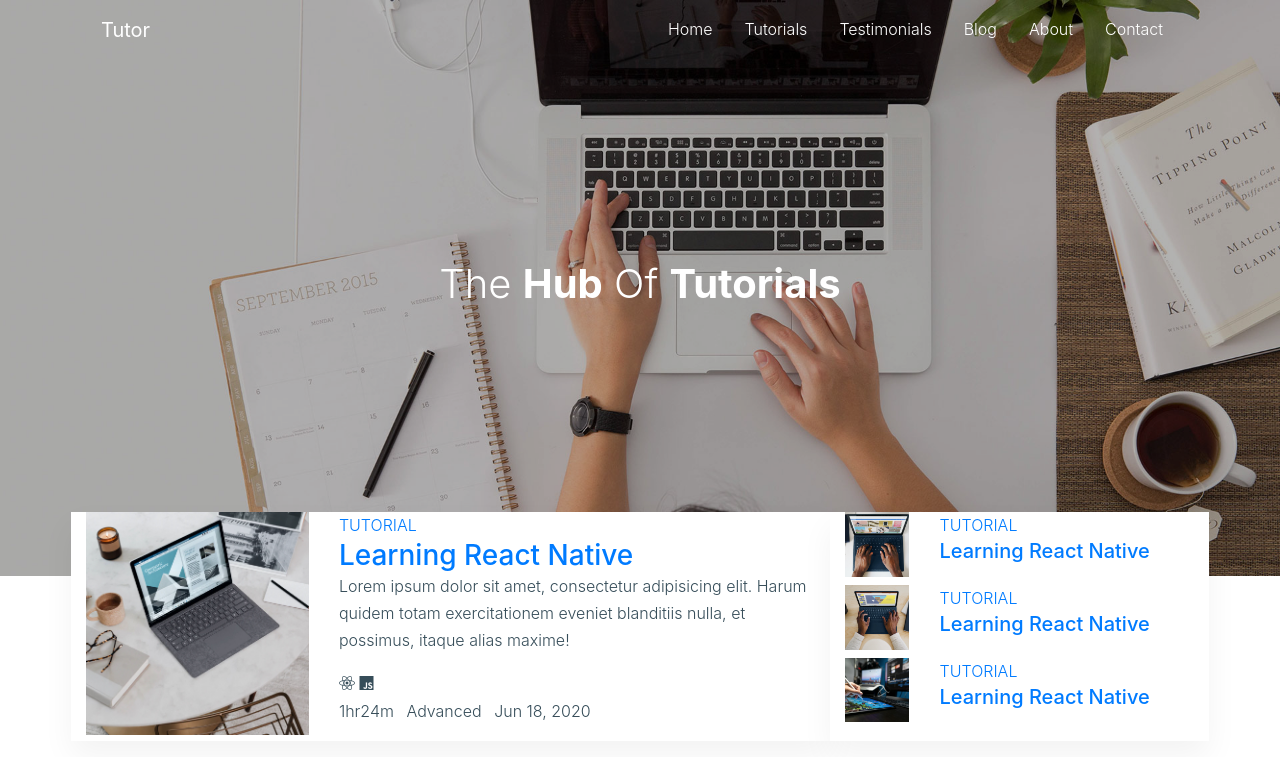
Repository: longvh2003/Tutor
Page: Views/home.html
An editor plug-in stored every save of this project. The page is shown before and after the next save, followed by the edit.
The browser window is 1280 px wide. The pictures show the whole page.
Some web libraries are served in a nearby version.

Above is the page before, as saved 2020-08-12 17:05:15.

After the next save:
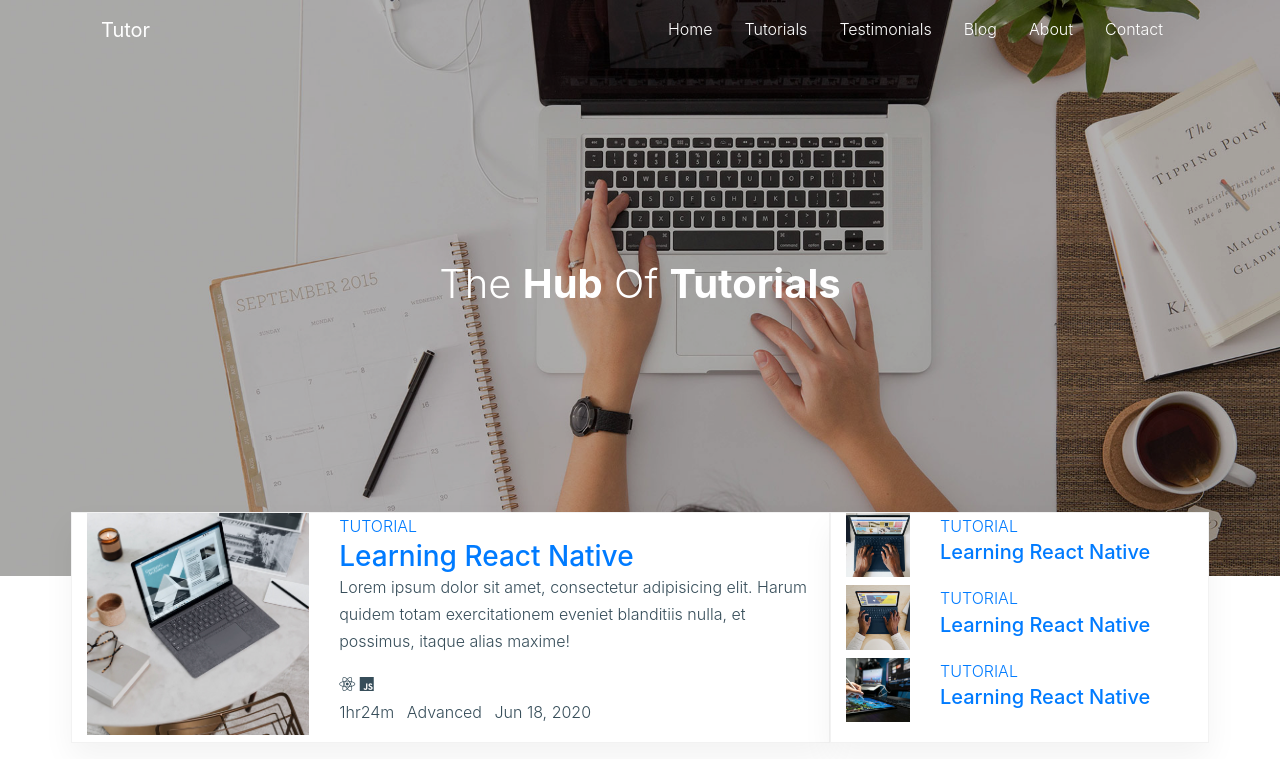
Saved 48 s later.
--- a/Css/home.css
+++ b/Css/home.css
@@ -7,6 +7,7 @@
 .left-latest-content, .right-latest-content{
     box-shadow: 0 15px 30px 0 rgba(0, 0, 0, 0.05);
     background: #fff;
+    border: 1px solid rgba(0, 0, 0, 0.05);
 }
 .img-latest-content{
     width: 100%;
